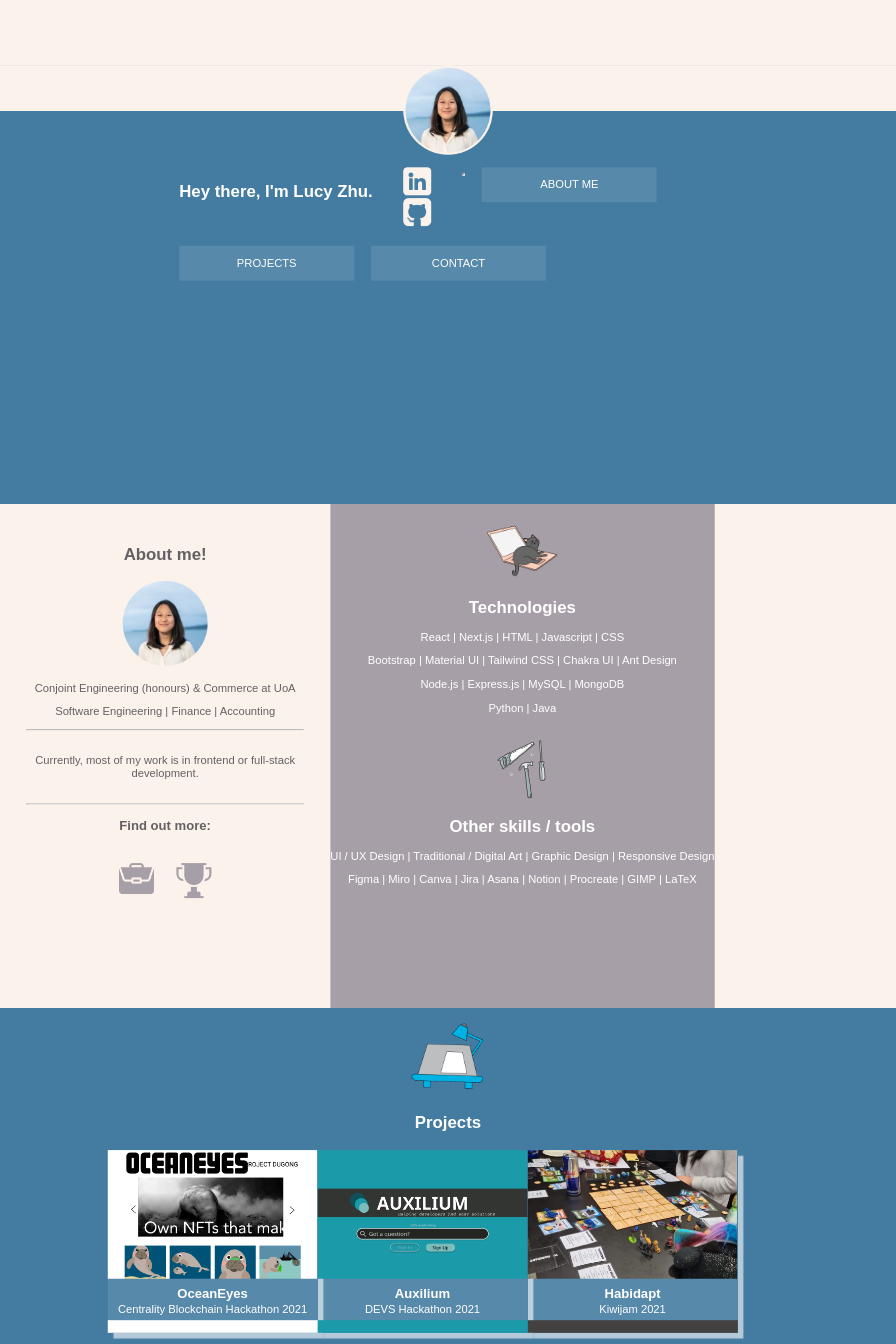
Repository: lukisoo/lukisoo-portfolio
Page: /
The author's editor kept a copy of each file at every save. The page is drawn from the files as they stood at one save, then again after a run of saves.
The browser window is 1280 px wide. The pictures show the part of the page from y = 0 to 1920 px (the page is 3307 px tall), at 70% of full size.
The project was rebuilt for these pictures with package versions that can differ from the ones it lists, and the page was loaded fresh each time.

Above is the page before, as saved 2022-07-31 18:59:51.

After the next 2 saves:
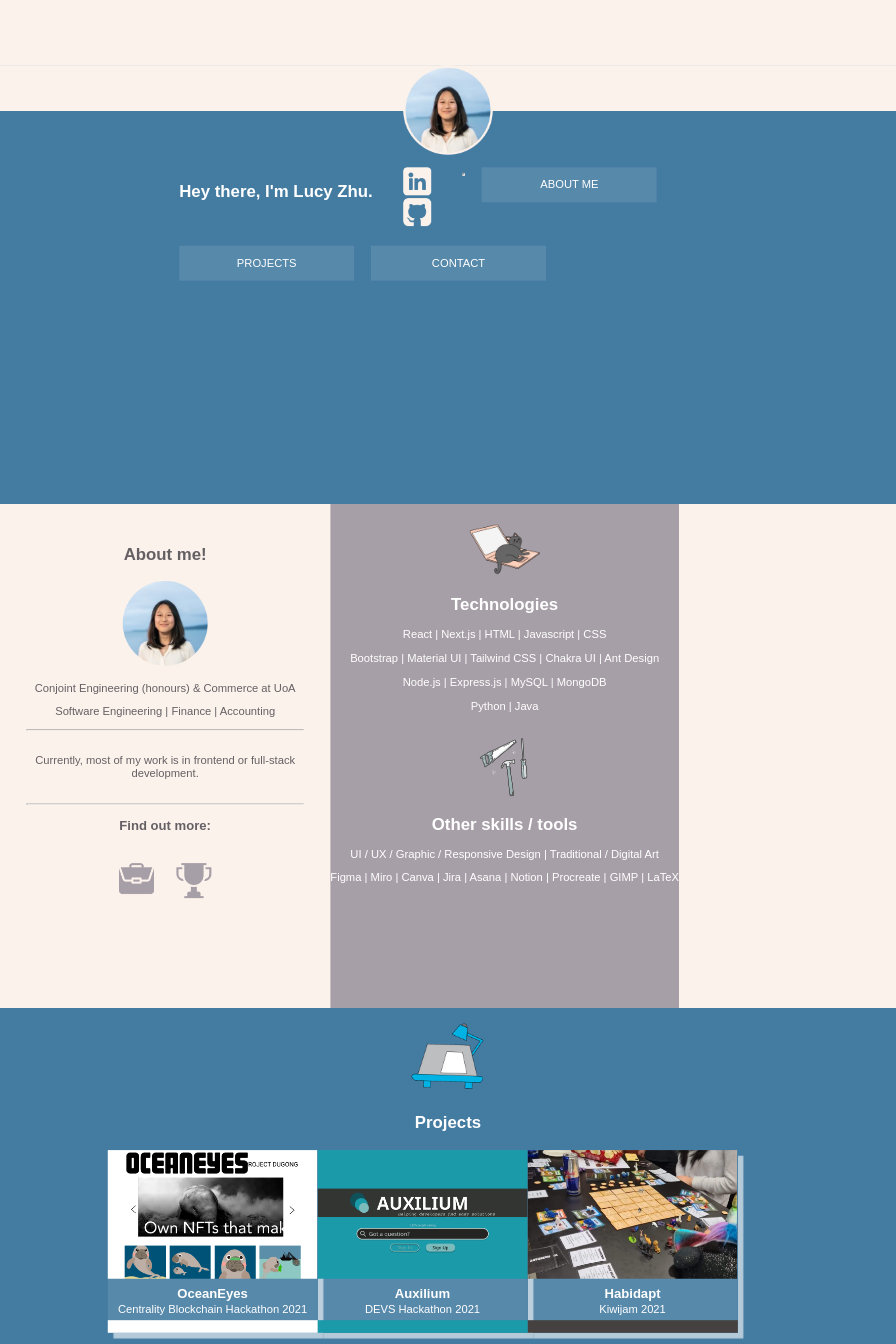
The 2 saves are shown as one change because they came seconds apart.
The last was saved 15 s later.
--- a/src/App.js
+++ b/src/App.js
@@ -161,8 +161,10 @@ function App() {
                           className="about-me-logo"
                           alt="Achievements Logo"
                           onClick={(e) =>
-                        setVisibilityAchievementPopUp(!visibilityAchievementPopUp)
-                      }
+                            setVisibilityAchievementPopUp(
+                              !visibilityAchievementPopUp
+                            )
+                          }
                         />
                       </Tooltip>
                     </div>{" "}
@@ -197,12 +199,12 @@ function App() {
                     <img src={Tools} className="tools-gif" alt="Tools" />
                     <h2>Other skills / tools</h2>
                     <p>
-                      UI / UX Design | Traditional / Digital Art | Graphic
-                      Design | Responsive Design
+                      UI / UX / Graphic / Responsive Design | Traditional /
+                      Digital Art
                     </p>
                     <p>
-                      Figma | Miro | Canva | Jira | Asana | Notion | Procreate | GIMP |
-                      LaTeX
+                      Figma | Miro | Canva | Jira | Asana | Notion | Procreate |
+                      GIMP | LaTeX
                     </p>{" "}
                   </motion.div>
                 </div>
@@ -220,9 +222,12 @@ function App() {
             <Grid container rowSpacing={6} columnSpacing={0}>
               {ProjectsData.reverse().map((Project, i) => (
                 <Grid item xs={6} md={4}>
-                  <div className="project-box" onClick={(e) =>
-                        setVisibilityProjectPopUp(!visibilityProjectPopUp)
-                      }>
+                  <div
+                    className="project-box"
+                    onClick={(e) =>
+                      setVisibilityProjectPopUp(!visibilityProjectPopUp)
+                    }
+                  >
                     <img
                       src={Project.header}
                       className="project-header-image"
